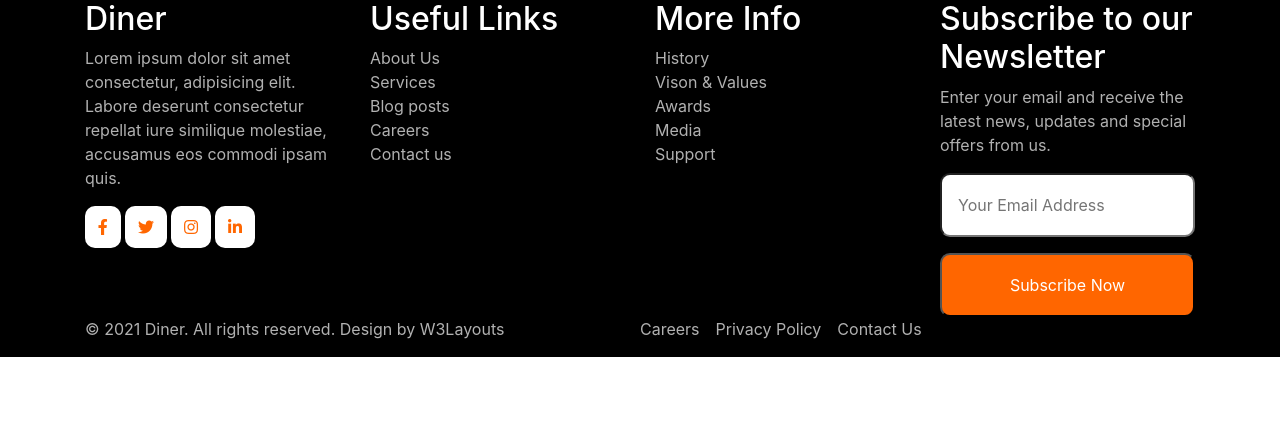
Repository: ngoctinvo/diner_project_cybersoft
Page: index.html
An editor plug-in stored every save of this project. The page is shown before and after the next save, followed by the edit.
The browser window is 1280 px wide. The pictures show the whole page.
Some web libraries are served in a nearby version. The style sheet was rebuilt from its Sass, Less or Tailwind sources for each picture, by a compiler version that may differ from the author's.

Above is the page before, as saved 2022-04-16 15:43:24.
Not found: js/index.js

### index.html
<!DOCTYPE html>
<html lang="en">

<head>
    <meta charset="UTF-8">
    <meta http-equiv="X-UA-Compatible" content="IE=edge">
    <meta name="viewport" content="width=device-width, initial-scale=1.0">
    <title>Document</title>
    <link rel="stylesheet" href="https://cdnjs.cloudflare.com/ajax/libs/font-awesome/6.1.1/css/all.min.css" />
    <link rel="stylesheet" href="https://cdnjs.cloudflare.com/ajax/libs/aos/2.3.4/aos.css" />
    <link rel="stylesheet" href="https://cdnjs.cloudflare.com/ajax/libs/animate.css/4.1.1/animate.min.css" />
    <link rel="stylesheet" href="https://cdnjs.cloudflare.com/ajax/libs/slick-carousel/1.8.1/slick.min.css" />
    <link rel="stylesheet" href="https://cdnjs.cloudflare.com/ajax/libs/slick-carousel/1.8.1/slick-theme.min.css" />
    <link rel="stylesheet" href="https://cdn.jsdelivr.net/npm/bootstrap@4.6.0/dist/css/bootstrap.min.css" />
    <link rel="stylesheet" href="https://cdnjs.cloudflare.com/ajax/libs/font-awesome/5.15.4/css/all.min.css" />
    <link rel="stylesheet" href="./css/index.css">
</head>

<body>
    <header></header>
    <footer class="footer">
        <div class="container">
            <div class="infor">
                <div class="row">
                    <div class="col-lg-3 col-md-6 col-sm-12">
                        <div class="item diner">
                            <h2>Diner</h2>
                            <p>Lorem ipsum dolor sit amet consectetur, adipisicing elit. Labore deserunt consectetur repellat iure similique molestiae, accusamus eos commodi ipsam quis.</p>
                            <div class="icon">
                                <i class="fab fa-facebook-f"></i>
                                <i class="fab fa-twitter"></i>
                                <i class="fab fa-instagram"></i>
                                <i class="fab fa-linkedin-in"></i>
                            </div>
                        </div>
                    </div>

                    <div class="col-lg-3 col-md-6 col-sm-12">
                        <div class="item userful-links">
                            <h2>Useful Links</h2>
                            <div class="list">
                                <a href="#">About Us</a>
                                <a href="#">Services</a>
                                <a href="#">Blog posts</a>
                                <a href="#">Careers</a>
                                <a href="#">Contact us</a>
                            </div>


                        </div>
                    </div>
                    <div class="col-lg-3 col-md-6 col-sm-12">
                        <div class="item more-info">
                            <h2>More Info</h2>
                            <div class="list">
                                <a href="#">History</a>
                                <a href="#">Vison & Values</a>
                                <a href="#">Awards</a>
                                <a href="#">Media</a>
                                <a href="#">Support</a>
                            </div>

                        </div>
                    </div>
                    <div class="col-lg-3 col-md-6 col-sm-12">
                        <div class="item subscribe">
                            <h2>Subscribe to our Newsletter</h2>
                            <p>Enter your email and receive the latest news, updates and special offers from us.</p>
                            <input type="text" placeholder="Your Email Address">
                            <button>Subscribe Now</button>
                        </div>
                    </div>
                </div>
            </div>
            <div class="copyright">
                <div class="row">
                    <div class="right col-lg-6 col-md-12">
                        <p>&copy; 2021 Diner. All rights reserved. Design by W3Layouts</p>
                    </div>
                    <div class="nav col-lg-6 col-md-12">
                        <ul>
                            <li><a href="#">Careers</a></li>
                            <li><a href="#">Privacy Policy</a></li>
                            <li><a href="#">Contact Us</a></li>
                        </ul>
                    </div>
                </div>

            </div>
        </div>
    </footer>
    <script src="https://code.jquery.com/jquery-3.6.0.min.js"></script>
    <script src="https://cdnjs.cloudflare.com/ajax/libs/aos/2.3.4/aos.js"></script>
    <script type="text/javascript" src="//cdn.jsdelivr.net/npm/slick-carousel@1.8.1/slick/slick.min.js"></script>
    <script src="https://cdnjs.cloudflare.com/ajax/libs/popper.js/1.14.7/umd/popper.min.js"></script>
    <script src="https://stackpath.bootstrapcdn.com/bootstrap/4.3.1/js/bootstrap.min.js"></script>
    <script src="./js/index.js"></script>
</body>

</html>

### sass/index.scss
* {
    margin: 0;
    padding: 0;
    box-sizing: border-box;
}

.footer {
    background-color: black;
    color: rgb(177, 177, 177);
    a {
        color: rgb(177, 177, 177);
    }
    a:hover {
        color: #ff6600;
        text-decoration: none;
    }
    .infor {
        h2 {
            color: white;
        }
        .icon i {
            padding: 0.8rem;
            color: #ff6600;
            border-radius: 10px;
            background-color: white;
            font-size: 1rem;
        }
        .list {
            display: flex;
            flex-direction: column;
        }
        .subscribe input {
            width: 100%;
            height: 4rem;
            border-radius: 10px;
            margin-bottom: 1rem;
            padding-left: 1rem;
        }
        .subscribe button {
            width: 100%;
            height: 4rem;
            border-radius: 10px;
            background-color: #ff6600;
            color: white;
        }
    }
    .copyright .nav ul {
        display: flex;
        flex-direction: row;
        li {
            margin-right: 1rem;
            list-style-type: none;
        }
    }
}


/*# sourceMappingURL=index.css.map */

After the next save:
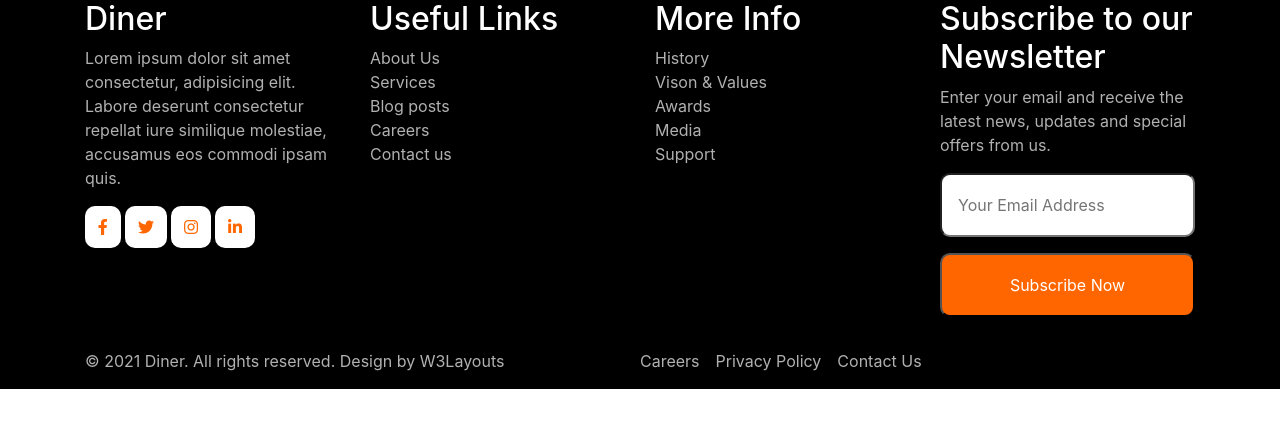
Saved 33 s later.
--- a/sass/index.scss
+++ b/sass/index.scss
@@ -44,6 +44,9 @@
             color: white;
         }
     }
+    .copyright {
+        margin: 2rem 0;
+    }
     .copyright .nav ul {
         display: flex;
         flex-direction: row;
